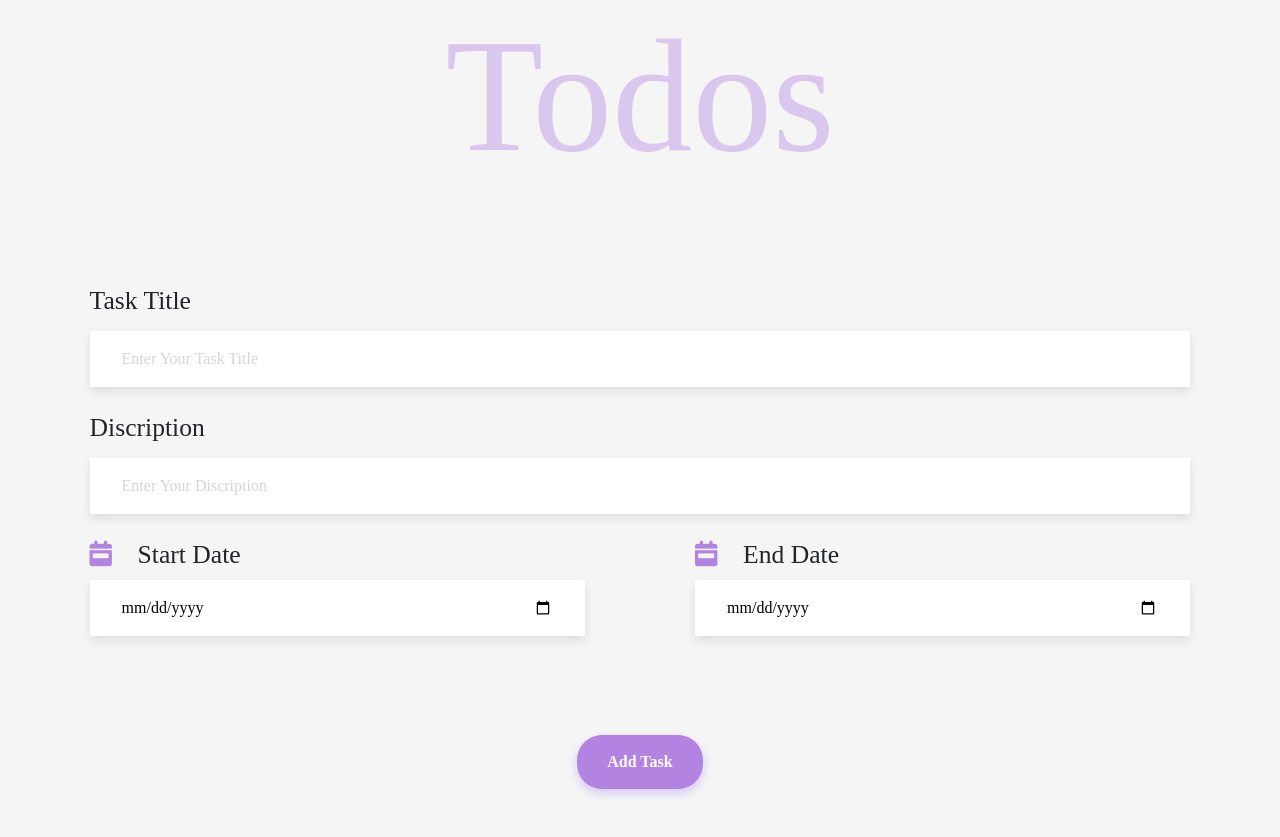
Repository: Surahailat/TypeScript
Page: Mini project 10-3/Project-TS.html
These files come from the project's save history. The page is drawn as it stood at one moment and after a run of saves; the edit follows.
The browser window is 1280 px wide. The pictures show the whole page.

Above is the page before, as saved 2025-03-11 10:17:28.

After the next 2 saves:
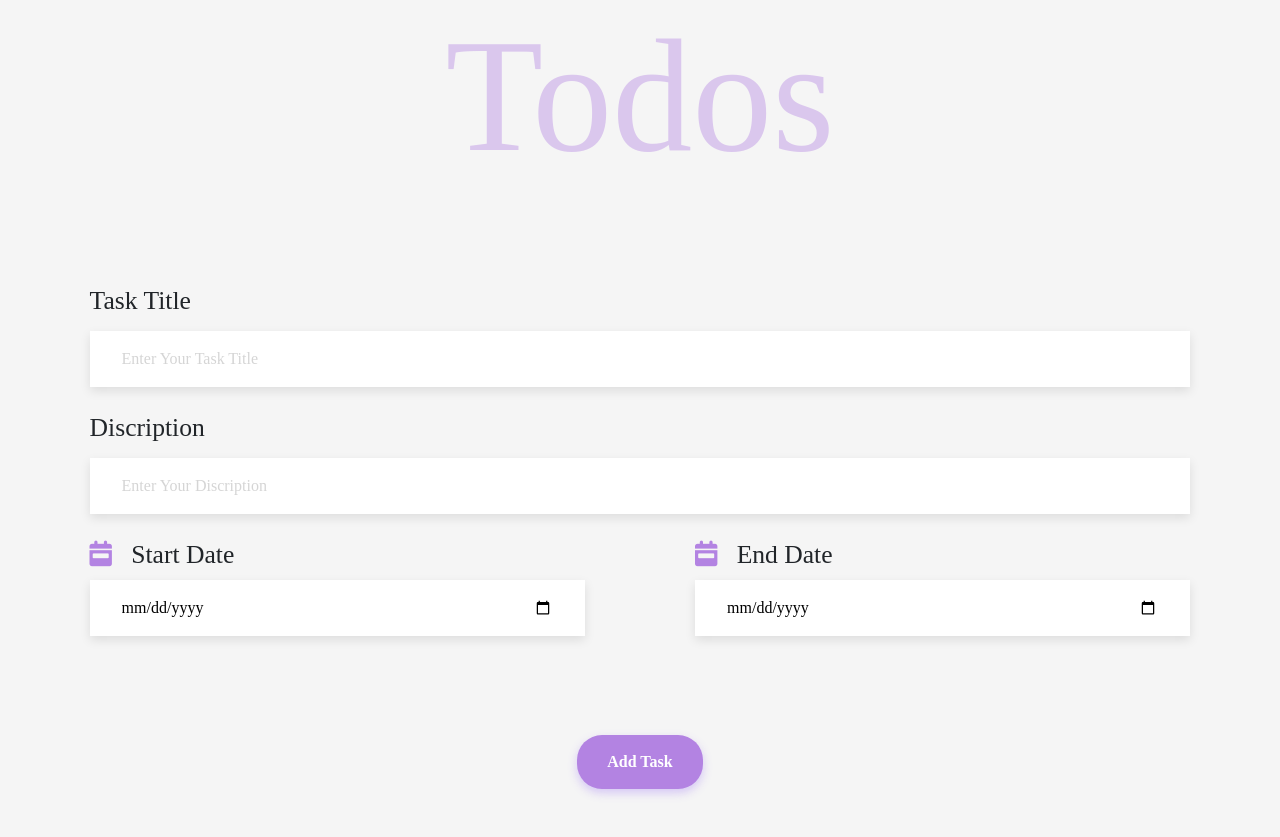
The 2 saves are shown as one change because they came seconds apart.
The last was saved 3 min 6 s later.
--- a/Mini project 10-3/Project-TS.html
+++ b/Mini project 10-3/Project-TS.html
@@ -168,12 +168,12 @@
         <input type="text" class="input" placeholder="Enter Your Discription " autocomplete="off" id="discription" required>
         <div class="date">
             <div class="form-group">
-                <Label><i class="fa-solid fa-calendar-week" style="color: #b383e2;"></i> &nbsp;&nbsp;&nbsp;Start
+                <Label><i class="fa-solid fa-calendar-week" style="color: #b383e2;"></i> &nbsp;&nbsp;Start
                     Date</Label>
                 <input type="date" class="input" autocomplete="off" id="startDate" required>
             </div>
             <div class="form-group">
-                <Label><i class="fa-solid fa-calendar-week" style="color: #b383e2;"></i>&nbsp;&nbsp;&nbsp; End
+                <Label><i class="fa-solid fa-calendar-week" style="color: #b383e2;"></i>&nbsp;&nbsp; End
                     Date</Label>
                 <input type="date" class="input" autocomplete="off" id="endDate" required>
             </div>
